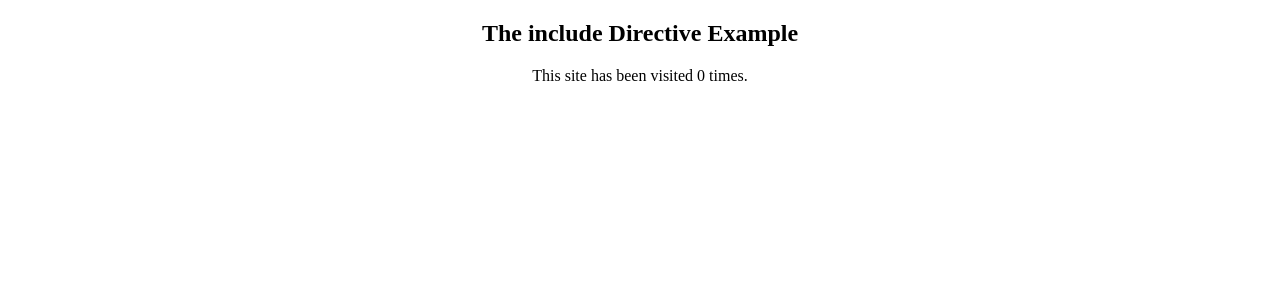
Repository: hoangkhanh2208/Jsp-Servlet-JDBC-Learn
Page: http://localhost/JavaServletExample/views/home.jsp
An editor plug-in stored every save of this project. The page is shown before and after the next save, followed by the edit.
The browser window is 1280 px wide. The pictures show the whole page.
The page is served by Tomcat 9. Other server files are loaded and not shown.

Above is the page before, as saved 2021-05-23 02:49:50.

### JavaServletExample/src/main/webapp/views/home.jsp
<%@ page language="java" contentType="text/html; charset=ISO-8859-1"
    pageEncoding="ISO-8859-1"%>
<!DOCTYPE html>
<html>
<head>
<meta charset="ISO-8859-1">
<title>Insert title here</title>
</head>
<body>

<%@ include file = "header.jsp" %>
</table>
</body>
</html>

### JavaServletExample/src/main/webapp/views/header.jsp
<%@ page language="java" contentType="text/html; charset=ISO-8859-1"
	pageEncoding="ISO-8859-1"%>

<%!int count = 0;

	void addCount() {
		count++;
	}%>


<!DOCTYPE html>
<html>
<head>
<meta charset="ISO-8859-1">
<title>Insert title here</title>
</head>
<body>
	<center>
		<h2>The include Directive Example</h2>
		<p>
			This site has been visited
			<%=count%>
			times.
		</p>
	</center>
	<br />
	<br />
</body>
</html>

### JavaServletExample/src/main/webapp/views/footer.jsp
<%@ page language="java" contentType="text/html; charset=ISO-8859-1"
	pageEncoding="ISO-8859-1"%>
<!DOCTYPE html>
<html>
<head>
<meta charset="ISO-8859-1">
<title>Insert title here</title>
</head>
<body>
	<center>
		<p>Copyright © 2010</p>
	</center>
</body>
</html>

After the next save:
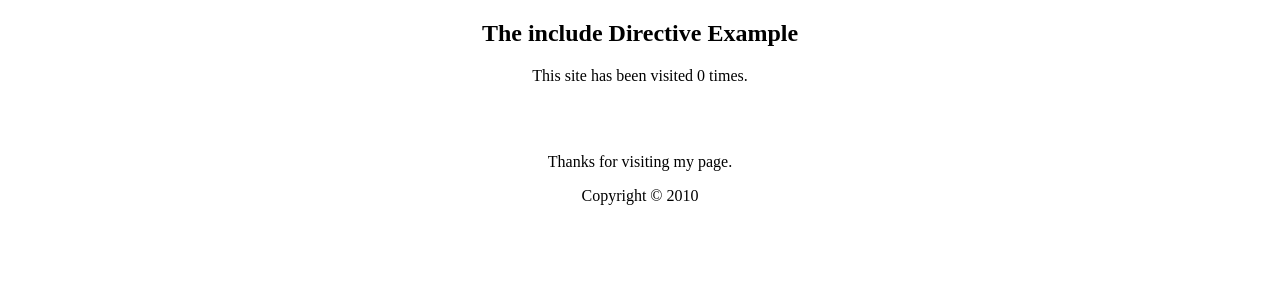
Saved 10 s later.
--- a/JavaServletExample/src/main/webapp/views/home.jsp
+++ b/JavaServletExample/src/main/webapp/views/home.jsp
@@ -9,6 +9,10 @@
 <body>
 
 <%@ include file = "header.jsp" %>
+<center>
+<p>Thanks for visiting my page.</p>
+</center>
+<%@ include file="footer.jsp" %>
 </table>
 </body>
 </html>
